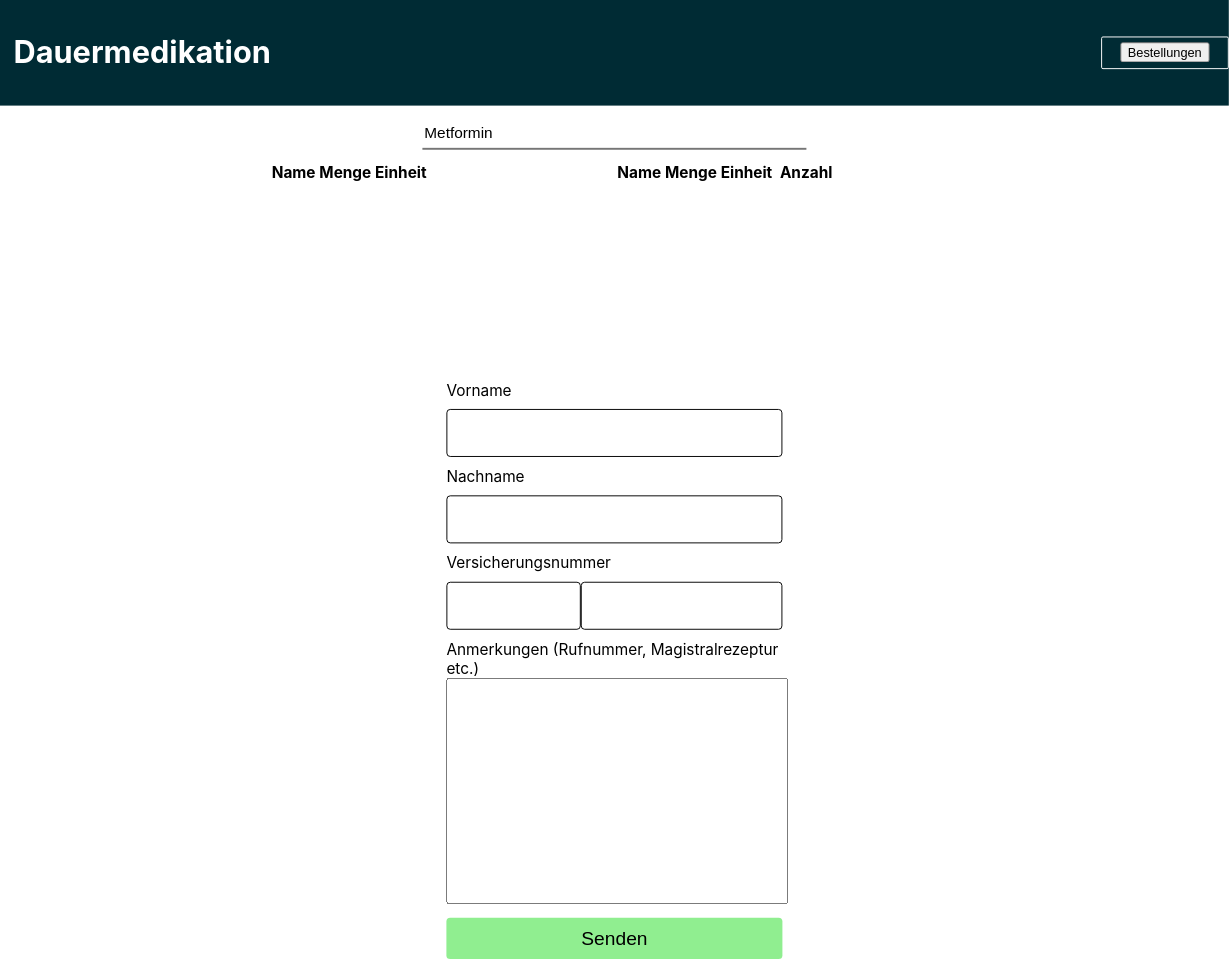
Repository: Esatollah/MedDemo
Page: / (app in client/)
The author's editor kept a copy of each file at every save. The page is drawn from the files as they stood at one save, then again after the next save.
The browser window is 1280 px wide. The pictures show the whole page, at 96% of full size.
The page's requests for data from a server got no answer. The project was rebuilt for these pictures with package versions that can differ from the ones it lists, and the page was loaded fresh each time. No one was signed in, and anything a server would have sent is missing. Also part of the build but not shown: client/src/Routes/Bestellungen.jsx.

Above is the page before, as saved 2022-06-10 18:12:14.

### client/src/App.js
import SearchBar from './Routes/Search';
import {BrowserRouter, Routes, Route} from 'react-router-dom'
import Bestellungen from './Routes/Bestellungen';
import ReactModal from 'react-modal';

ReactModal.setAppElement('#root')

function App() {
  return (
    <BrowserRouter>
    <Routes>
      <Route path='/' element={<div><SearchBar/></div>}/>
      <Route path='/bestellungen' element={<div><Bestellungen/></div>}/>
    </Routes>
    </BrowserRouter>
  );
}

export default App;

### client/src/Routes/Search.jsx
import React, { useState, useEffect } from 'react'
import DrugAPI from '../api/DrugAPI';
import Form from '../components/Form';
import Navbar from '../components/Navbar';
import { SearchWrap } from '../Styles/SearchStyles';


const Search = () => {

  const [searchinput, setSearchinput] = useState("Metformin");
  const [drugs, setDrugs] = useState([]);
  const [cartitems, setCartitems] = useState([]);

  useEffect(() => {
    const fetchData = async () => {
      try {
        const result = await DrugAPI.get(`/?drugsearch=${searchinput}`)
        setDrugs(result.data.meds)
      } catch (err) {
        console.error(err);
      }
    }

    fetchData();

  }, [searchinput])

  const handleDrugClick = (e, x) => {
    const is_in_cart = cartitems.some(y => {
      if (y.id === x.id) {
        return true;
      }

      return false;
    })

    if (is_in_cart) {
      return
    }
    let temp = { ...x, anzahl: "1" }
    setCartitems([...cartitems, temp]);
  }

  const handleDelete = (e, x, index) => {
    let temp = [...cartitems]

    temp.splice(index, 1);

    setCartitems(temp);
  }

  const handleCountchange = (e, x, index) => {
    let temps = [...cartitems]
    let temp = {
      ...temps[index],
      anzahl: e.target.value
    }
    temps[index] = temp
    setCartitems(temps);

  }


  return (
    <>
      <Navbar route="/Bestellungen" title="Dauermedikation"/>
        <SearchWrap>

          <input type="search" placeholder="Suche" id="search" value={searchinput} onChange={e => setSearchinput(e.target.value)} />
          <div className='search-container'>
            <div className='table-container'>
              <table className='drugtable'>
                <thead>
                  <tr>
                    <th scope='col'>
                      Name
                    </th>
                    <th scope='col'>Menge</th>
                    <th scope='col'>Einheit</th>
                    <th scope='col'></th>
                  </tr>
                </thead>
                <tbody>
                  {drugs && drugs.map((x) => {
                    return (
                      <tr key={x.id} className="drug-row" >
                        <td className={x.name}>{x.name}</td>
                        <td>{x.menge}</td>
                        <td>{x.mengenart}</td>
                        <td><button onClick={(e) => { handleDrugClick(e, x) }}>+</ button></td>
                      </tr>
                    )
                  })}
                </tbody>

              </table>
            </div>

            <div className='cart-container'>
              <table>
                <thead>
                  <tr>
                    <th scope='col'>
                      Name
                    </th>
                    <th scope='col'>Menge</th>
                    <th scope='col'>Einheit</th>
                    <th scope='col'></th>
                    <th scope='col'>Anzahl</th>
                  </tr>
                </thead>
                <tbody>
                  {cartitems && cartitems.map((x, index) => {
                    if (x.abgabezahl) {
                      return (
                        <tr key={index} className="drug-row" >
                          <td>{x.name}</td>
                          <td>{x.menge}</td>
                          <td>{x.mengenart}</td>
                          <td><button onClick={(e) => handleDelete(e, x, index)}>-</button></td>
                          <td><select onChange={(e) => { handleCountchange(e, x, index) }}><option value="1">1</option><option value="2">2</option></select></td>
                        </tr>
                      )
                    }
                    return (
                      <tr key={index} className="drug-row" >
                        <td>{x.name}</td>
                        <td>{x.menge}</td>
                        <td>{x.mengenart}</td>
                        <td><button onClick={(e) => handleDelete(e, x, index)}>-</button></td>
                        <td>1</td>
                      </tr>
                    )
                  })}
                </tbody>
              </ table>
            </div>
          </div>
        </SearchWrap>

      <Form cartitems={cartitems} setCartitems={setCartitems} />
    </>
  )
}

export default Search

### client/src/api/DrugAPI.js
import axios from 'axios'

export default axios.create({
    baseURL: "http://localhost:5000/api"
})

### client/src/components/Form.jsx
import React, {useState}from 'react'
import DrugAPI from '../api/DrugAPI'
import { FormWrap } from '../Styles/FormStyles';
const Form = props => {

    const [fname, setFname] = useState('');
    const [lname, setLname] = useState('');
    const [vpin, setVpin] = useState('');
    const [vbday, setVbday] = useState('');
    const [anmerkungen, setAnmerkungen] = useState('');

    const handleSubmit = (e) => {

        e.preventDefault();
        const formdata = {
            fname,
            lname,
            vpin,
            vbday,
            anmerkungen
        }

        const fetchData = async () =>{
            try {
            await DrugAPI.post("/", {drugs:{...props.cartitems}, ...formdata})
            } catch (error) {
                console.error(error);
            }
    }

    fetchData();

    setFname('');setLname('');setVpin('');setVbday('');setAnmerkungen('');
    props.setCartitems([]);

}


  return (
    <FormWrap>
        <form onSubmit={(e) =>handleSubmit(e)}>
            <label htmlFor="fname">Vorname</label><br />
            <input className="Names"type="text" value={fname} id="fname" name="fname" onChange={(e)=> setFname(e.target.value)}required/><br/>
            <label htmlFor="lname">Nachname</label><br />
            <input className="Names"type="text" id="lname" value={lname} onChange={(e) => setLname(e.target.value)}name="lname" required /><br/>
            <label htmlFor="pin">Versicherungsnummer  </label> <br/>
            <input className="insurance" type="text" id="pin" value={vpin}
            onChange={(e) => setVpin(e.target.value)} name="pin" pattern="[0-9]+" size="4" minLength="4"maxLength="4" required/>
            <input className="insurance" type="text" id="bday" value={vbday}
            onChange={(e) => setVbday(e.target.value)} name="bday" size="6" minLength={6} maxLength={6}
            pattern="[0-9]+" required/> <br/>
            <label htmlFor="anmerkungen" >Anmerkungen (Rufnummer, Magistralrezeptur etc.)</label> <br/>
            <textarea id="anmerkungen"value={anmerkungen} onChange={(e) => setAnmerkungen(e.target.value)} name="message" rows="10" cols="30" className='textarea'>
            </textarea> <br/>
            <input type="submit" value="Senden" ></input><br />
        </form>
    </FormWrap>

  )
}

export default Form

### client/src/components/Navbar.jsx
import React from 'react'
import { NavWrap } from '../Styles/NavbarStyles'
const Navbar = (props) => {


  return (
    <NavWrap>
      <h1>{props.title}</h1>
      <div>
        <a className="nav" href={props.route}><input type="button" value={props.title === "Dauermedikation" ? "Bestellungen" : "Dauermedikation"}></input></a>
      </div>
    </NavWrap>
  )
}

export default Navbar

### client/src/Styles/SearchStyles.js
import styled from 'styled-components';

export const SearchWrap = styled.div`

    display: flex;
    flex-direction: column;
    align-items: center;
             margin: auto;

    @media(min-width: 1000px) {
             width: 1000px;

         }

    #search {
    width:50%;
    height: 2rem;
    outline:none;
    border-top: hidden;
    border-right: hidden;
    border-left: hidden;
    font-size: 1rem;@media(min-width: 1000px) {
             width: 40%;
         }
    margin-bottom: 10px;
}

.table-container {
    max-height: 200px;
    max-width: 80%;
    overflow-y: auto;
}


.drug-row:hover {
    background-color: beige;
}

.drugtable tbody tr {
border: 1px;
}

.search-container {
    width: 90%;

    @media(min-width: 1000px) {
        display:flex;
        flex-direction: row;
        justify-content: center;
    }

    .table-container {
        width :100%;
        height: 250px;
        display:flex;
         @media(min-width: 1000px) {
             width: 40%;
             display:flex;
             height: 400px;
         }
    }

    .cart-container {
        width: 100%;
        display:flex;
        @media(min-width: 1000px) {
             width: 40%;
             display:flex;
         }
    }
}

td {
    padding:5px;
}

`;

### client/src/Styles/FormStyles.js
import styled from 'styled-components';

export const FormWrap = styled.div`
    display:flex;
    margin:auto;
    max-width:350px;
    margin-top: 20px;
    padding:10px;

    .Names {
        display:inline-block;
        width: 100%;
        padding: 10px;
        box-sizing: border-box;
        border-radius: 4px;
        border: .5px solid;
        margin: 10px 0;
        font-size: 1.5rem;
    }
    input[type=submit] {
        width: 100%;
        padding: 10px;
        margin:10px 0;
        border-radius: 4px;
        border: none;
        background: lightgreen;
        font-size:20px
    }
    .insurance {
        padding: 10px;
        box-sizing: border-box;
        border-radius: 4px;
        border: .5px solid;
        margin: 10px 0;
        font-size:1.5rem;
    }
    #pin {
        width:40%;
    }
    #bday {
        width:60%;
    }

    textarea {
        width: 100%;
        resize:none;
        font-size: 1.25rem;
        font-family: sans-serif
    }
`;

### client/src/Styles/NavbarStyles.js
import styled from "styled-components"

export const NavWrap = styled.div`
    width:100%;
    padding: 14px 0;
    background-color: #002b34;
    margin-bottom: 14px;
    display:flex;
    align-items: center;
    h1 {
        margin-left: 14px;
        color: #fff;
    }

    div {
    margin-left: auto;
    display:inline-block;
    padding:0.35em 1.2em;
    border:0.1em solid #FFFFFF;
    border-radius:0.12em;
    box-sizing: border-box;
    text-decoration:none;
    font-family:'Roboto',sans-serif;
    font-weight:300;
    color:#FFFFFF;
    text-align:center;
    transition: all 0.2s;
}
`;

Loaded but not shown: client/public/index.html (common file); client/src/index.js (common file); client/src/index.css (common file)

After the next save:
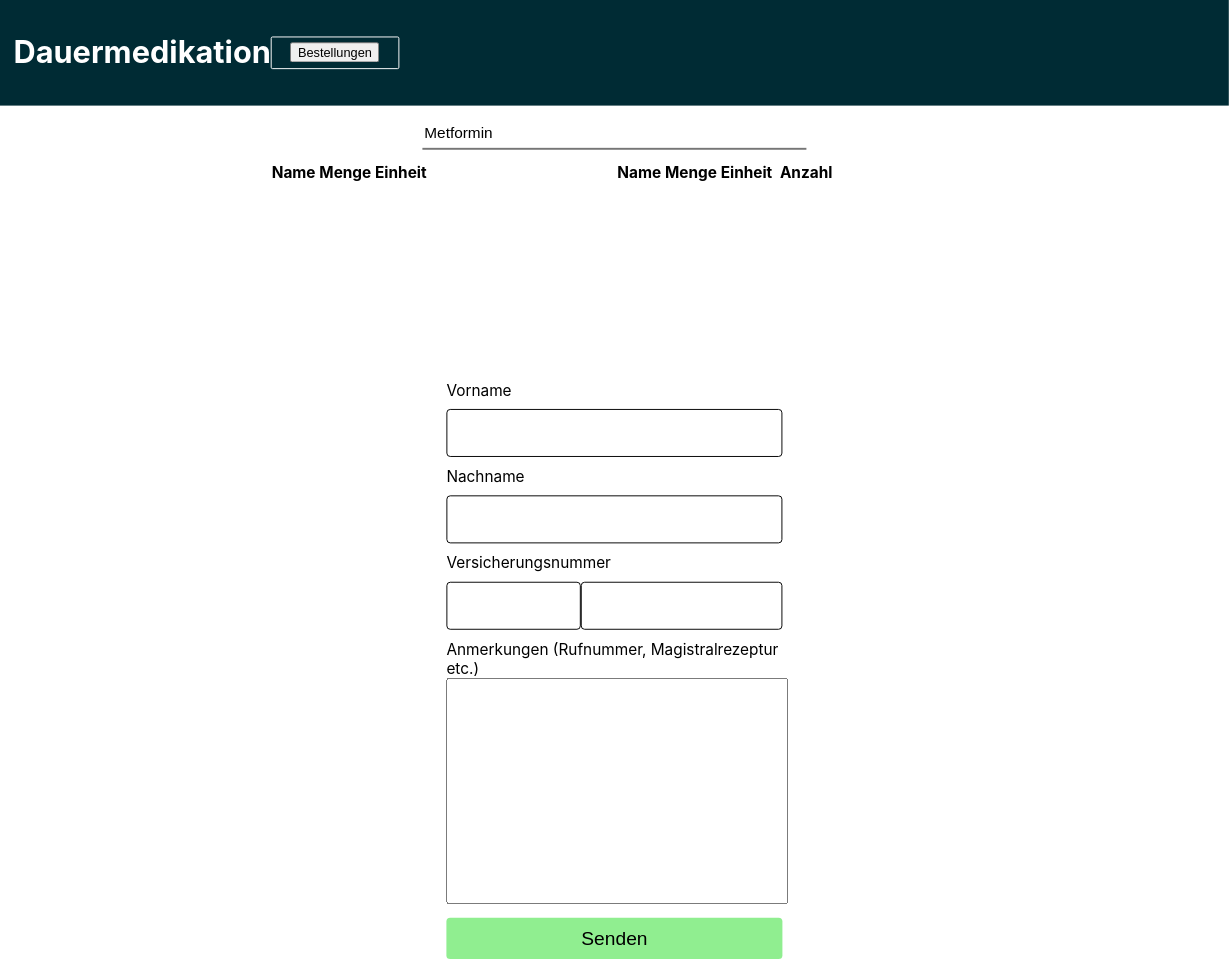
Saved 11 s later.
--- a/client/src/Styles/NavbarStyles.js
+++ b/client/src/Styles/NavbarStyles.js
@@ -12,7 +12,7 @@ export const NavWrap = styled.div`
         color: #fff;
     }
 
-    div {
+    div a{
     margin-left: auto;
     display:inline-block;
     padding:0.35em 1.2em;
